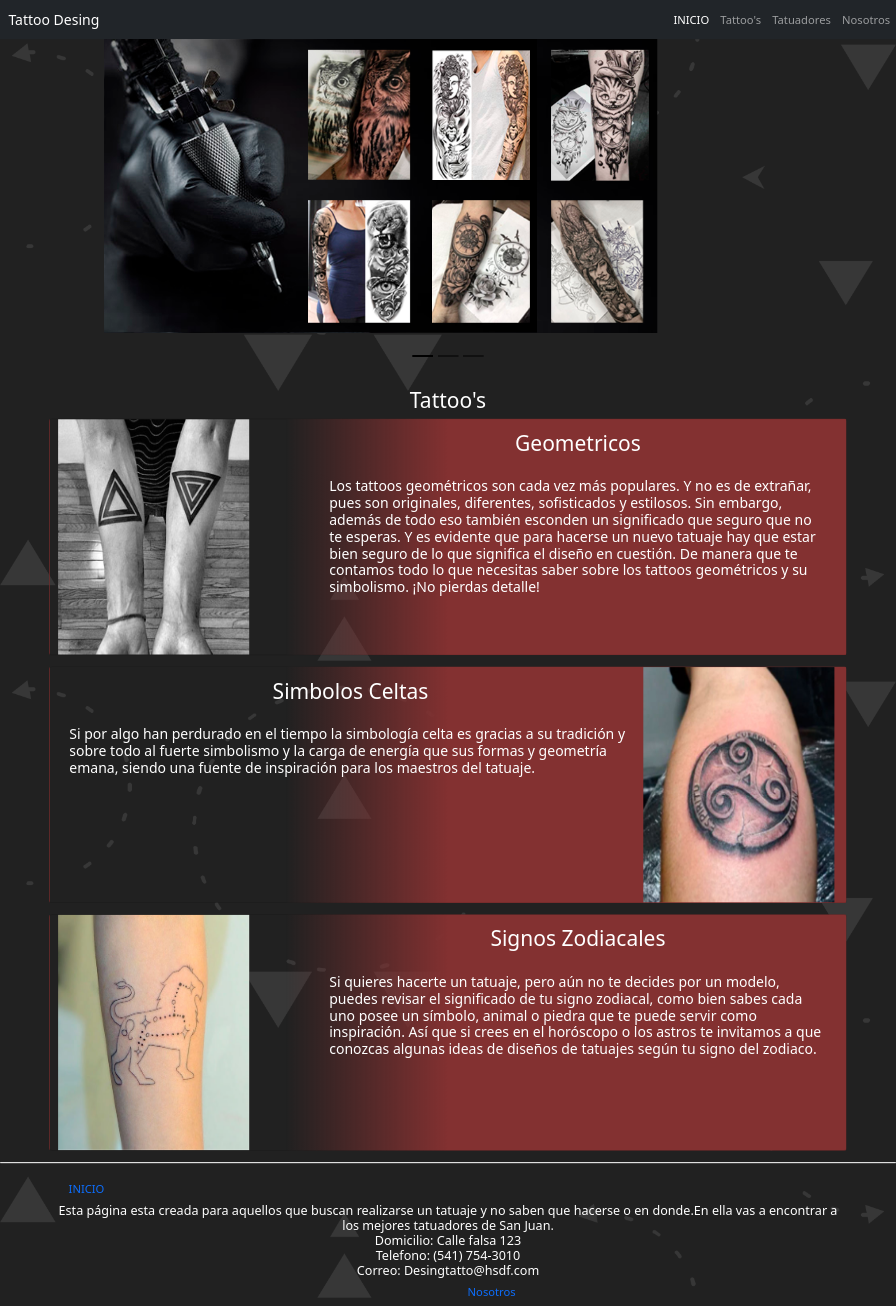
Repository: Vladimir-22/TatooDesign
Page: index.html
An editor plug-in stored every save of this project. The page is shown before and after the next save, followed by the edit.
The browser window is 1280 px wide. The pictures show the whole page, at 70% of full size.
Some web libraries are served in a nearby version.

Above is the page before, as saved 2021-05-19 21:53:54.

After the next save:
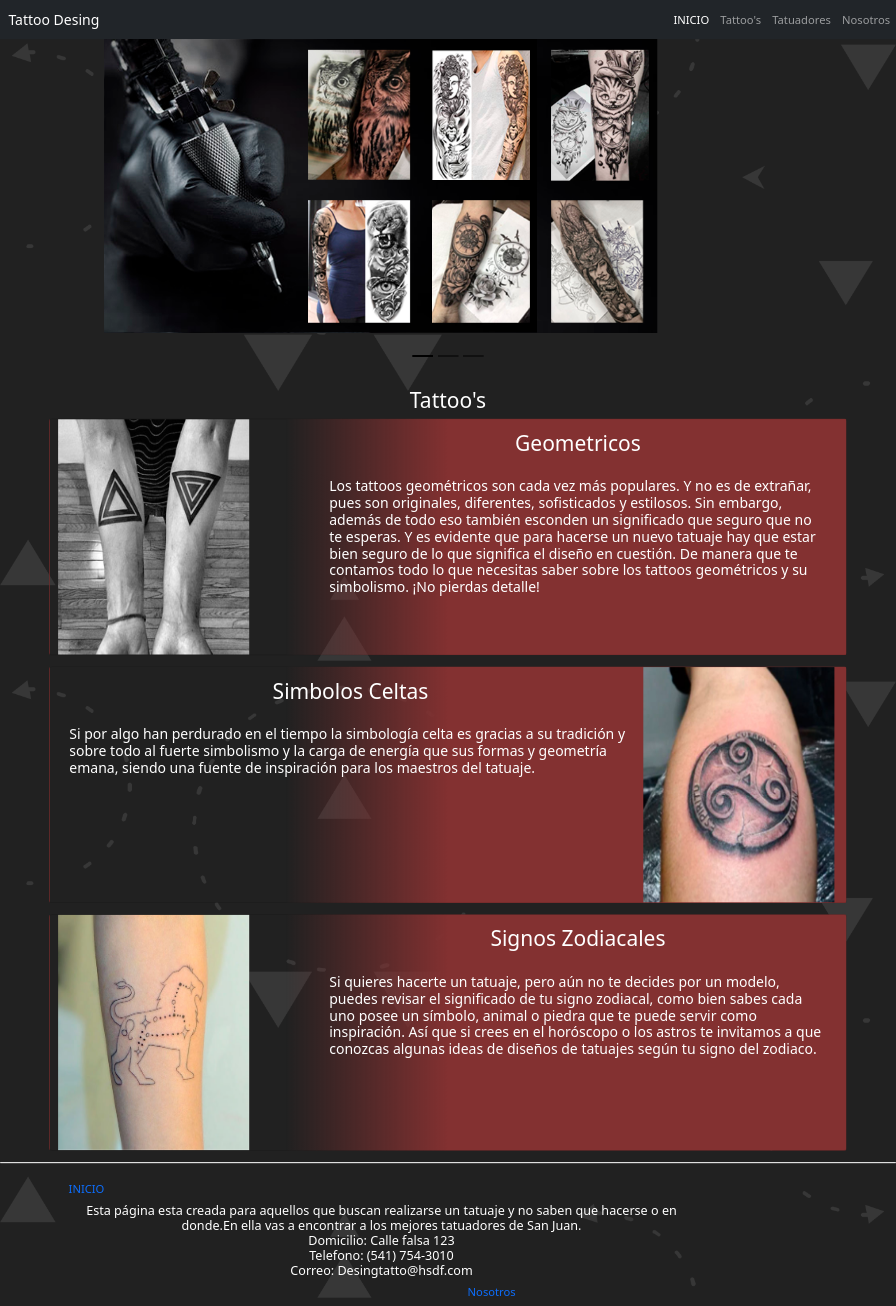
Saved 2 min 14 s later.
--- a/index.html
+++ b/index.html
@@ -277,7 +277,7 @@
                 <div class="col-md-3"></div>
             </div>
             <div class="row">
-                <div class="col-md-12">
+                <div class="col-md-10">
                     <h3 id="descrip-gral" class="card-text">
                         Esta página esta creada para aquellos que buscan realizarse un
                         tatuaje y no saben que hacerse o en donde.En ella vas a
